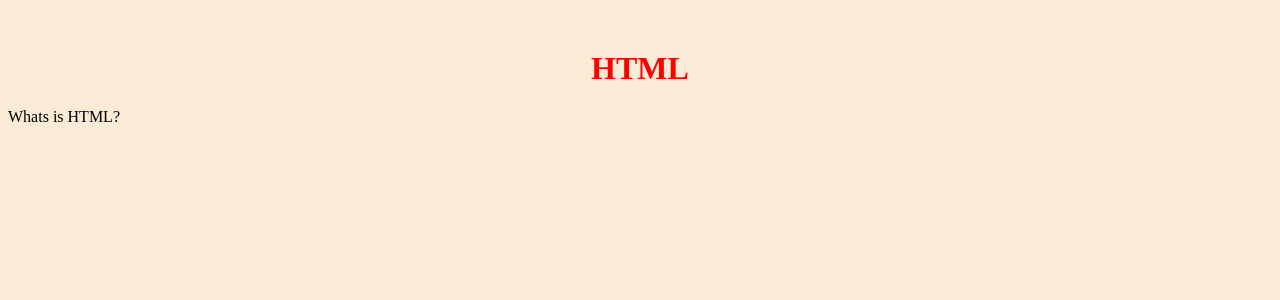
Repository: SharonSebastian32/Assignkments-9
Page: index.html
These files come from the project's save history. The page is drawn as it stood at one moment and after a run of saves; the edit follows.
The browser window is 1280 px wide. The pictures show the whole page.

Above is the page before, as saved 2024-09-21 20:07:29.

After the next 4 saves:
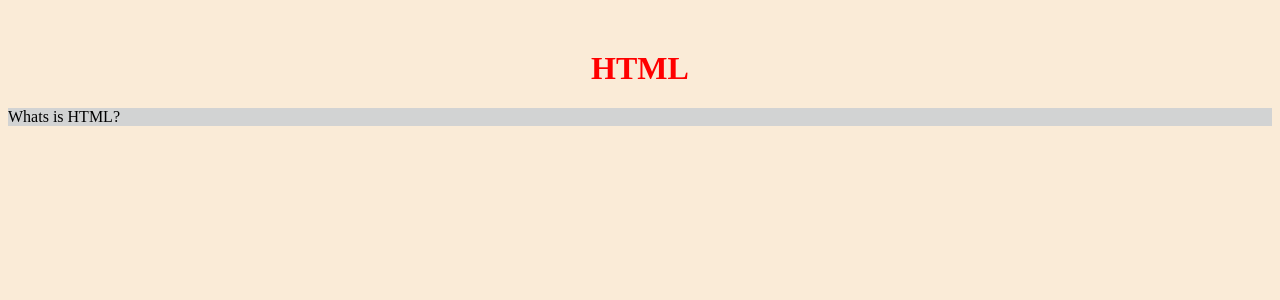
The 4 saves are shown as one change because they came seconds apart.
The last was saved 8 s later.
--- a/index.html
+++ b/index.html
@@ -4,11 +4,11 @@
     <meta charset="UTF-8" />
     <meta name="viewport" content="width=device-width, initial-scale=1.0" />
     <title>Futura</title>
-     <style>
+    <link rel="stylesheet" href="./style.css" />
+    <style>
       * {
         background-color: antiquewhite;
       }
-
     </style>
   </head>
   <body>
